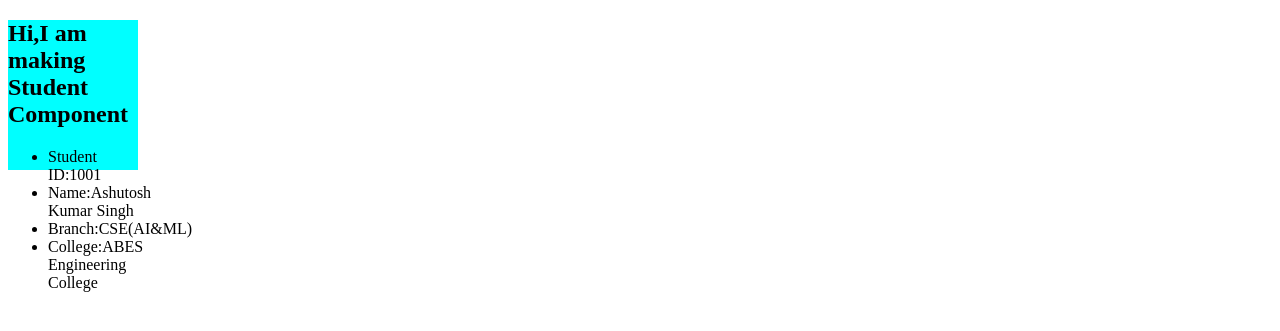
Repository: ashurauza/FSD_Sem5
Page: / (app in FSD_Sem5/CSS/ReactRevisionDOM/)
An editor plug-in stored every save of this project. The page is shown before and after a run of saves, followed by the edit.
The browser window is 1280 px wide. The pictures show the whole page.
The project was rebuilt for these pictures with package versions that can differ from the ones it lists, and the page was loaded fresh each time.

Above is the page before, as saved 2025-10-27 09:29:40.

### FSD_Sem5/CSS/ReactRevisionDOM/index.html
<!DOCTYPE html>
<html lang="en">
<head>
    <meta charset="UTF-8">
    <meta name="viewport" content="width=device-width, initial-scale=1.0">
    <title>RevisionDOM</title>
</head>
<body>
    <div id="parent"></div>
    <script src="https://unpkg.com/react@18/umd/react.development.js" crossorigin></script>
    <script src="https://unpkg.com/react-dom@18/umd/react-dom.development.js" crossorigin></script>
    <script src="student.jsx" type="module"></script>

</body>
</html>

### FSD_Sem5/CSS/ReactRevisionDOM/student.jsx



const parent = document.getElementById("parent");
const root = ReactDOM.createRoot(parent);


const h21=<h2>
    Hi,I am making Student Component
</h2>
const li11=<li>Student ID:1001</li>
const li22=<li>Name:Ashutosh Kumar Singh</li>
const li33=<li>Branch:CSE(AI&ML)</li>
const li44=<li>College:ABES Engineering College</li>
const ul1=<ul>{[li11,li22,li33,li44]}</ul>
const wrapper1=(
    <>
    {h21}
    {ul1}
    </>
)

const wrapper = React.createElement("div", {style: {height:150,width:130,backgroundColor: 'cyan'}}, [h21, ul1]);

root.render(wrapper);

After the next 2 saves:
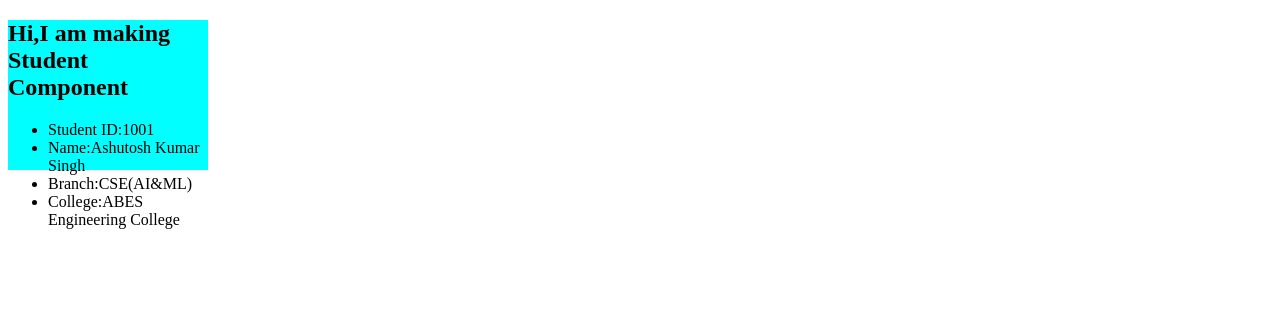
The 2 saves are shown as one change because they came seconds apart.
The last was saved 8 s later.
--- a/FSD_Sem5/CSS/ReactRevisionDOM/student.jsx
+++ b/FSD_Sem5/CSS/ReactRevisionDOM/student.jsx
@@ -20,6 +20,6 @@ const wrapper1=(
     </>
 )
 
-const wrapper = React.createElement("div", {style: {height:150,width:130,backgroundColor: 'cyan'}}, [h21, ul1]);
+const wrapper = React.createElement("div", {style: {height:150,width:200,backgroundColor: 'cyan'}}, [h21, ul1]);
 
 root.render(wrapper);
